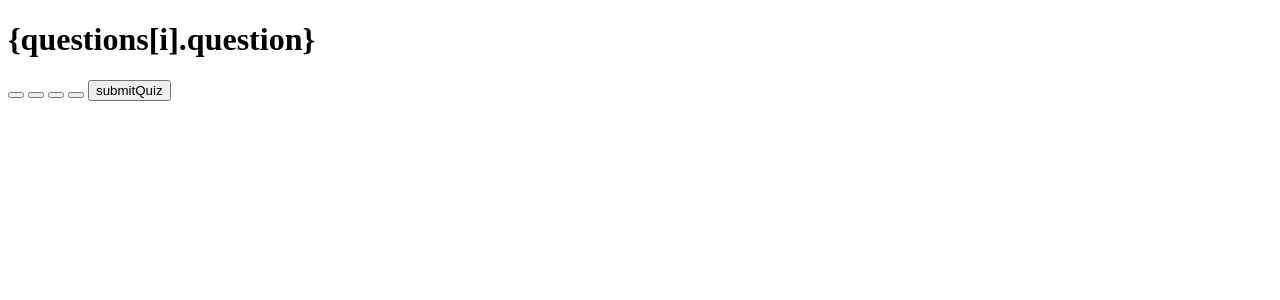
Repository: RenataDzotova/Trivia-BCIT
Page: quiz.html
The author's editor kept a copy of each file at every save. The page is drawn from the files as they stood at one save, then again after the next save.
The browser window is 1280 px wide. The pictures show the whole page.

Above is the page before, as saved 2022-10-24 12:15:29.

### quiz.html
<!DOCTYPE html>
<html lang="en">
<head>
    <meta charset="UTF-8">
    <meta http-equiv="X-UA-Compatible" content="IE=edge">
    <meta name="viewport" content="width=device-width, initial-scale=1.0">
    <title>Document</title>
</head>
<body>
    <h1>{questions[i].question}</h1>
    <button name="answer1"></button>
    <button name="answer2"></button>
    <button name="answer3"></button>
    <button name="answer4"></button>
    <input type="submit" name="submit" value="submitQuiz" onclick={result}></input>

</body>
</html>

After the next save:
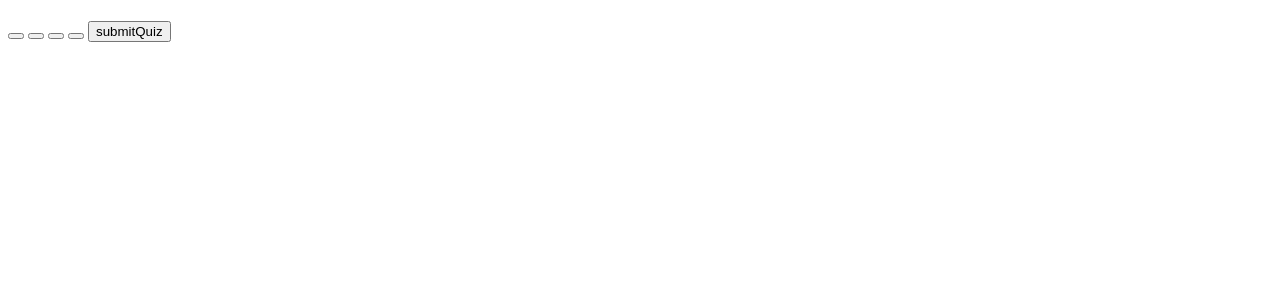
Saved 22 s later.
--- a/quiz.html
+++ b/quiz.html
@@ -7,7 +7,7 @@
     <title>Document</title>
 </head>
 <body>
-    <h1>{questions[i].question}</h1>
+    <h1></h1>
     <button name="answer1"></button>
     <button name="answer2"></button>
     <button name="answer3"></button>
